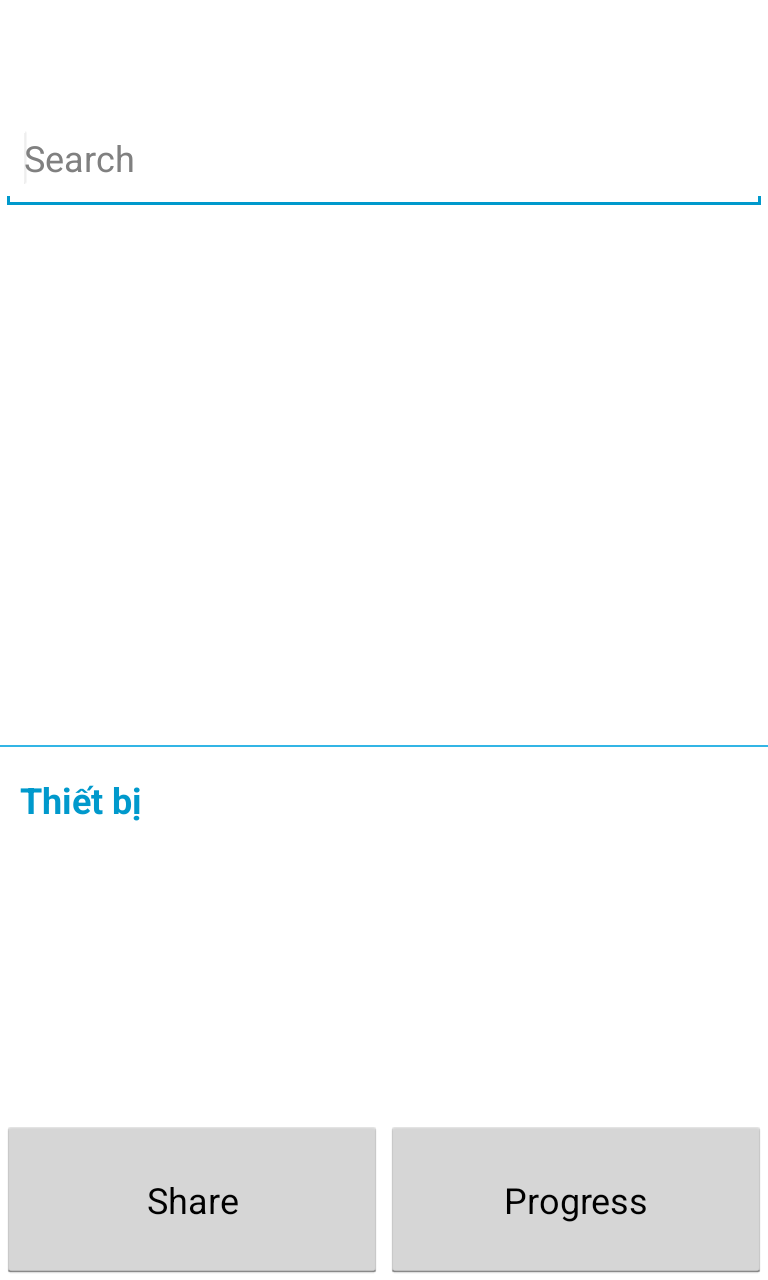
Repository: thinhnk55/android-appshare
Layout: ShareApp/res/layout/activity_main.xml
An editor plug-in stored every save of this project. The layout is shown before and after the next save, followed by the edit.
It is drawn on a 768 x 1280 px phone screen (xhdpi) without system bars, with theme AppTheme; the app's code is not run.

Above is the layout before, as saved 2014-07-17 15:26:27.

### ShareApp/res/layout/activity_main.xml
<RelativeLayout xmlns:android="http://schemas.android.com/apk/res/android"
    xmlns:tools="http://schemas.android.com/tools"
    android:layout_width="match_parent"
    android:layout_height="match_parent"
    tools:context=".MainActivity" >

    <TabHost
        android:id="@android:id/tabhost"
        android:layout_width="match_parent"
        android:layout_height="match_parent"
        android:layout_alignParentLeft="true"
        android:layout_alignParentTop="true" >

        <LinearLayout
            android:layout_width="match_parent"
            android:layout_height="match_parent"
            android:orientation="vertical"
            android:weightSum="120" >

            <TabWidget
                android:id="@android:id/tabs"
                android:layout_width="match_parent"
                android:layout_height="0dp"
                android:layout_weight="10" >
            </TabWidget>

            <AutoCompleteTextView
                android:id="@+id/autoCompleteTextView1"
                android:layout_width="match_parent"
                android:layout_height="0dp"
                android:layout_weight="10"
                android:ems="10"
                android:hint="Search" >

                <requestFocus
                    android:layout_width="wrap_content"
                    android:layout_height="wrap_content" />
            </AutoCompleteTextView>

            <FrameLayout
                android:id="@android:id/tabcontent"
                android:layout_width="match_parent"
                android:layout_height="0dp"
                android:layout_weight="50" >
            </FrameLayout>

            <View
                android:layout_width="match_parent"
                android:layout_height="1dp"
                android:background="@android:color/holo_blue_light" />

            <TextView
                android:id="@+id/textView1"
                android:layout_width="wrap_content"
                android:layout_height="0dp"
                android:layout_weight="10"
                android:layout_marginLeft="10dp"
                android:gravity="center"
                android:text="Thiết bị"
                android:textColor="@android:color/holo_blue_dark"
                android:textStyle="bold"
                android:textAppearance="?android:attr/textAppearanceMedium" />

            <HorizontalScrollView
                android:id="@+id/horizontalScrollView1"
                android:layout_width="match_parent"
                android:layout_height="0dp"
                android:layout_weight="25" >

                <LinearLayout
                    android:layout_width="match_parent"
                    android:layout_height="match_parent"
                    android:orientation="horizontal" >
                </LinearLayout>
            </HorizontalScrollView>

            <LinearLayout
                android:layout_width="match_parent"
                android:layout_height="0dp"
                android:layout_weight="15"
                android:weightSum="20" >

                <Button
                    android:id="@+id/button2"
                    android:layout_width="0dp"
                    android:layout_height="match_parent"
                    android:layout_weight="10"
                    android:text="Share" />

                <Button
                    android:id="@+id/button3"
                    android:layout_width="0dp"
                    android:layout_height="match_parent"
                    android:layout_weight="10"
                    android:text="Progress" />
            </LinearLayout>
        </LinearLayout>
    </TabHost>

</RelativeLayout>

Loaded but not shown: ShareApp/res/values/styles.xml (common file); ShareApp/res/values-v11/styles.xml (common file); ShareApp/res/values-v14/styles.xml (common file)

After the next save:
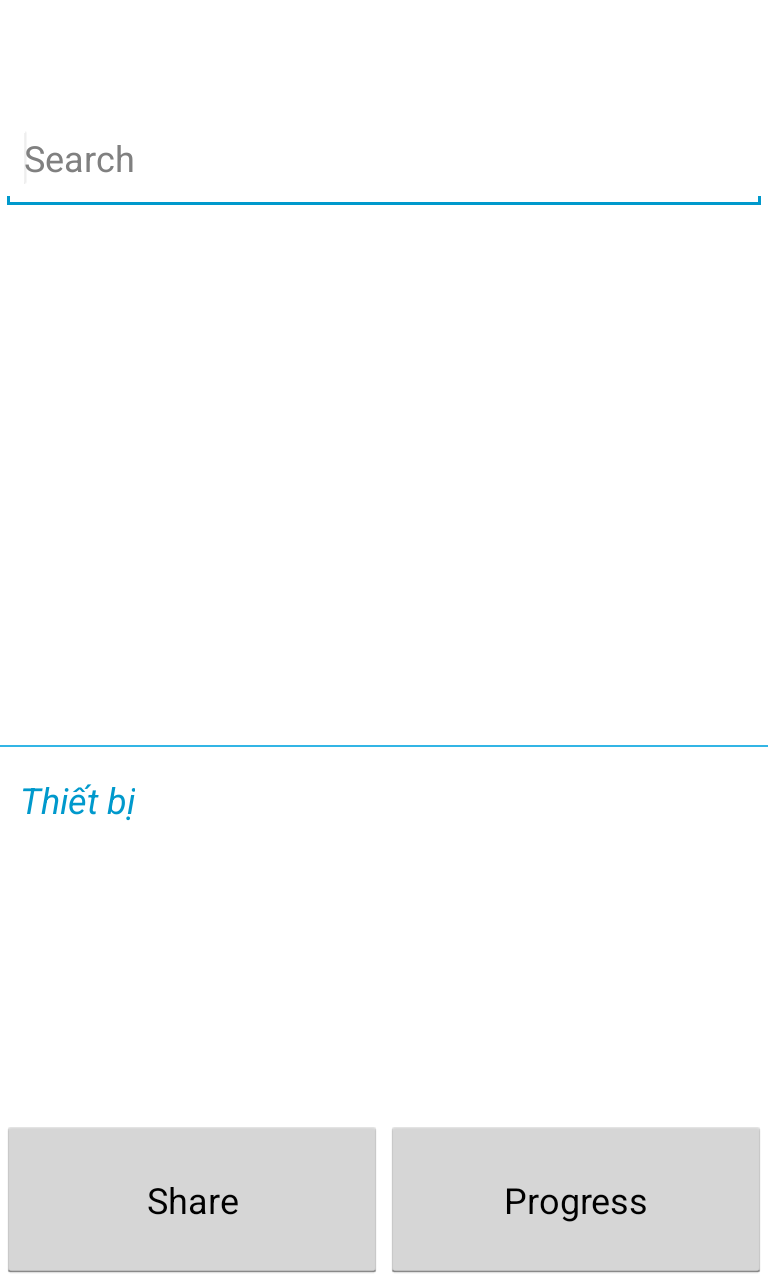
Saved 9 s later.
--- a/ShareApp/res/layout/activity_main.xml
+++ b/ShareApp/res/layout/activity_main.xml
@@ -58,7 +58,7 @@
                 android:gravity="center"
                 android:text="Thiết bị"
                 android:textColor="@android:color/holo_blue_dark"
-                android:textStyle="bold"
+                android:textStyle="italic"
                 android:textAppearance="?android:attr/textAppearanceMedium" />
 
             <HorizontalScrollView
